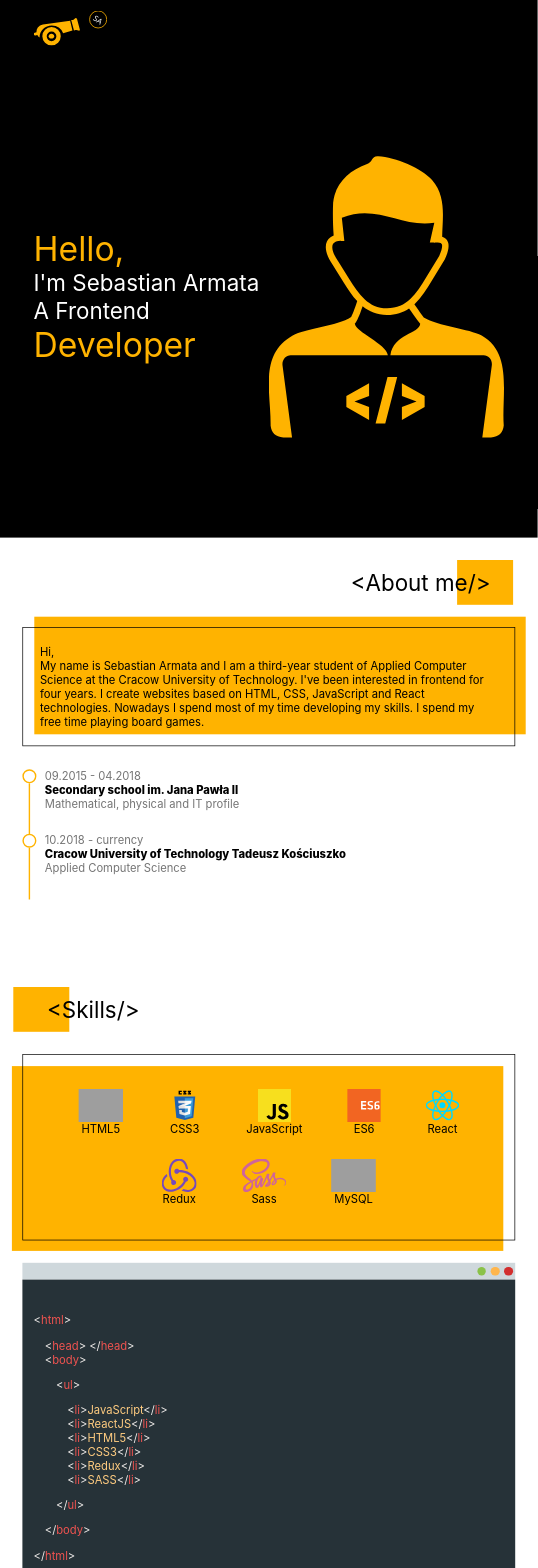
Repository: SebastianArmata22/Portfolio
Page: /
These files come from the project's save history. The page is drawn as it stood at one moment and after the next save; the edit follows.
The browser window is 768 px wide. The pictures show the part of the page from y = 0 to 2240 px (the page is 5483 px tall), at 70% of full size.
Pictures or frames that could not be fetched are drawn as grey boxes. The project was rebuilt for these pictures with package versions that can differ from the ones it lists, and the page was loaded fresh each time.

Above is the page before, as saved 2021-03-03 14:40:19.

### public/index.html
<!DOCTYPE html>
<html lang="en">
  <head>
    <meta charset="utf-8" />
    <link rel="icon" href="%PUBLIC_URL%/favicon.ico" />
    <meta name="viewport" content="width=device-width, initial-scale=1" />
    <meta name="theme-color" content="#000000" />
    <meta
      name="description"
      content="Web site created using create-react-app"
    />
    <link rel="apple-touch-icon" href="%PUBLIC_URL%/logo192.png" />
    <!--
      manifest.json provides metadata used when your web app is installed on a
      user's mobile device or desktop. See https://developers.google.com/web/fundamentals/web-app-manifest/
    -->
    <link rel="manifest" href="%PUBLIC_URL%/manifest.json" />
    <!--
      Notice the use of %PUBLIC_URL% in the tags above.
      It will be replaced with the URL of the `public` folder during the build.
      Only files inside the `public` folder can be referenced from the HTML.

      Unlike "/favicon.ico" or "favicon.ico", "%PUBLIC_URL%/favicon.ico" will
      work correctly both with client-side routing and a non-root public URL.
      Learn how to configure a non-root public URL by running `npm run build`.
    -->
    <title>Sebastian Armata</title>
  </head>
  <body>
    <noscript>You need to enable JavaScript to run this app.</noscript>
    <div id="root"></div>
    <!--
      This HTML file is a template.
      If you open it directly in the browser, you will see an empty page.

      You can add webfonts, meta tags, or analytics to this file.
      The build step will place the bundled scripts into the <body> tag.

      To begin the development, run `npm start` or `yarn start`.
      To create a production bundle, use `npm run build` or `yarn build`.
    -->
  </body>
</html>

### src/App.js
import './App.css'
//components
import Header from './components/header/Header'
import MainPage from './components/mainPage/MainPage'
import Skills from './components/skills/Skills'
import AboutMe from './components/aboutMe/AboutMe'
import Contact from './components/contact/Contact'
import Footer from './components/footer/Footer'
import Projects from './components/projects/Projects'

function App() {
  return (
    <div className="App">
      <header>
        <Header />
      </header>
      <main>
        <MainPage />
        <AboutMe />
        <Skills />
        <Projects />
        <Contact />
      </main>
      <footer>
        <Footer />
      </footer>
    </div>
  );
}

export default App;

### src/App.css
html, body,*{
    margin: 0;
    padding: 0;

}
*{
    box-sizing: border-box;
}
:root{
    font-size: 16px;
}

### src/components/mainPage/MainPage.js
import classes from './mainPage.module.scss'
import React from 'react'
import programmer from '../../icons/programmer.svg'

const MainPage = ()=>{
    return(
        <div className={classes.main_page_container}>
            <div>
                <p><span>Hello,</span></p>
                <p>I'm Sebastian Armata</p>
                <p>A Frontend <span>Developer</span></p>
            </div>
            <div className={classes.programmer}>
                <img src={programmer} alt=""></img>
            </div>
        </div>
    )
}
export default MainPage

### src/components/contact/Contact.js
import classes from './contact.module.scss'
import React from 'react'
import EmailForm from '../emailForm/EmailForm'

const Contact = ()=>{
    return(
        <div className={classes.contact}>
        <header>
            <p>&lt;Contact/&gt;</p>
        </header>
        <main>
            <div>
                <div className={classes.contact_info}>
                    <p><span>email: </span>sebastian.armata22@gmail.com</p>
                    <p><span>phone: </span>+48  726 873 385</p>
                    <p><span>LinkedIn: </span>linkedin.com/in/sebastian-armata-605466207</p>
                    <p><span>GitHub: </span>https://github.com/SebastianArmata22</p>

                </div>
            </div>
            <div>
                <EmailForm />
            </div>
        </main>
    </div>
    )
}
export default Contact

### src/components/footer/Footer.js
import classes from './footer.module.scss'
import React from 'react'

const Footer = ()=>{
    return(
        <div className={classes.footer}>
            <p>Sebastian Armata 2021©</p>
        </div>
        )
}
export default Footer

### src/components/projects/Projects.js
import classes from './projects.module.scss'
import projectsData from '../../data/projectsData'
import React from 'react'
import ProjectItem from '../projectItem/ProjectItem'
const Projects = ()=>{

    return(
        <div className={classes.projects}>
            <header>
                <p>&lt;Projects/&gt;</p>
            </header>
            <main>
                {projectsData.map((project)=>< ProjectItem project={project}/>)}
            </main>
        </div>
    )
}
export default Projects

### src/components/header/header.module.scss
@import '../../variables.scss';

.header{
    height: 7rem;
    width: 100%;
    background-color: $third-main-color;
    display: flex;
    align-items: center;
    justify-content: space-between;
    padding: 1rem;
    img{
        padding: 0 2rem;
        height: 75px;
    }
    ul{
        li{
            list-style: none;
            text-align: center;
            cursor: pointer;
        }
    }
}
.hamburger{
        display:flex;
         flex-direction:column;
         width:40px;
         cursor:pointer;
        span{
         background: #fff;
         border-radius:10px;
         height:3px;
         margin: 3px 0;
         transition: .4s  cubic-bezier(0.68, -0.6, 0.32, 1.6);
       }
       span:nth-of-type(1){
         width:50%;
       }
       span:nth-of-type(2){
         width:100%;
       }
       span:nth-of-type(3){
         width:75%;
       }
       input[type="checkbox"]{
         display:none;
       }
       input[type="checkbox"]:checked ~ span:nth-of-type(1){
         transform-origin:bottom;
         transform:rotatez(45deg) translate(4px,0px)
       }
       input[type="checkbox"]:checked ~ span:nth-of-type(2){
         transform-origin:top;
         transform:rotatez(-45deg)
       }
       input[type="checkbox"]:checked ~ span:nth-of-type(3){
         transform-origin:bottom;
         width:50%;
         transform: translate(17px,-2px) rotatez(45deg);
       }
}
@media only screen and (min-width: 768px) {
    .header{
            ul{
                width: 50%;
                display: flex;
                align-items: center;
                justify-content: space-between;
                li{
                    list-style: none;
                    text-align: center;
                    color: $second-main-color;
                    width: 10rem;
                    font-size: 1rem;
                    color: $second-main-color;
                    cursor: pointer;
                    &:hover{
                        color: $first-main-color;
                    }
                }
            }
    }
    .hamburger{
        display: none;
    }
}
@media only screen and (max-width: 768px) {
    .header{
        height: 5rem;
        img{
            height: 50px;
        }
        ul{
            display: none;
        }
}
.responsiveMenu{
    position: absolute;
    top: 7rem;
    left: 0;
    display: flex !important;
    align-items: center;
    flex-direction: column;
    height: calc(100vh - 7rem);
    width: 100%;
    background-color: rgba(0,0,0,1);
    z-index: 10;
    li{
        width: 60%;
        padding: 1rem;
        margin: 1rem;
        font-size: 1.5rem;
        border: 1px solid $second-main-color;
        color: $third-main-color;
        position: relative;
        &::before{
                display: block;
                content: "";
                width: 100%;
                height: 100%;
                z-index: -1;
                position: absolute;
                top:-0.5rem;
                left: -0.5rem;
                background-color: $first-main-color;
        }
    }
}
}

### src/components/mainPage/mainPage.module.scss
@import '../../variables.scss';

.main_page_container{
    width: 100%;
    background-color: $third-main-color;
    padding: 3rem;
    div{
        height: 100%;
        display: flex;
        justify-content: center;
        flex-direction: column;
    }
    p{
        color: $second-main-color;
        font-size: 2rem;
        span{
            color: $first-main-color;
            font-size: 3rem;
        }
    }
}

@media only screen and (max-width: 768px) {
    .main_page_container{
        min-height: calc(100vh - 5rem);
        display: block;
        >div{
            width: 100%;
        }
    }
        .programmer{
            img{
                height: 20rem;
            }
        }
}
@media only screen and (min-width: 768px) {
    .main_page_container{
        min-height: calc(100vh - 7rem);
        @include flex-container;
        >div{
            width: 50%;
        }
}
.programmer{
    img{
        height: 30rem;
    }

}
}

### src/components/skills/skills.module.scss
@import '../../variables.scss';
.skills{
    width: 100%;
    padding: 2rem;
    header{
        @include flex-container;
        p{
            position: relative;
            font-size: 2rem;
            height: 4rem;
            width: 90%;
            display: flex;
            align-items: center;
            &::after{
                display: block;
                content: "";
                    width: 5rem;
                    height: 100%;
                    z-index: -1;
                    position: absolute;
                    top:0;
                    left: -3rem;
                    background-color: $first-main-color;
            }
        }
    }
    main{
        display: flex;
        flex-wrap: wrap;
        align-items: center;
        >div{
            width: 50%;
            display: flex;
            justify-content: center;
        }
    }
}
.bar{
    display: flex;
    justify-content: flex-end;
    align-items: center;
    background-color: #cfd8dc;
    height: 1.5rem;
    div{
        width: 0.8rem;
        height: 0.8rem;
        border-radius: 1rem;
        margin: 0 0.2rem;
        cursor: pointer;

    }
}
.console_container{
    flex-direction: column;
}
._red{
    background-color: #d22e2e;
}
._yellow{
    background-color: #ffb64c;
}
._green{
    background-color: #8ac249;
}
.logo_container{

    width: 100%;
    height: 50%;
    align-items: center;
    flex-wrap: wrap;
    margin: 2rem 0;
    > div{
        min-height: 100%;
        @include flex-container;
        flex-wrap: wrap;
        border: 1px solid $third-main-color;
        position: relative;
        padding: 2rem;
        &::before{
            display: block;
            content: "";
            width: 100%;
            height: 100%;
            z-index: -1;
            position: absolute;
            background-color: $first-main-color;
        }
  }
}
.logo{
    display: flex;
    flex-direction: column;
    align-items: center;
    margin:1rem 3rem;
    img{
        height: 5rem;
    }
}
@media only screen and (max-width: 600px) {
    .skills{
        padding: 0.5rem;
        main{
            flex-direction: column;
            >div{
                width: 100%;
            }
        }
    }
.logo_container{
    padding: 0.2rem;
    margin: 1rem 0;
    > div{
        width: 100%;
        &::before{
            bottom: -0.5rem;
            right: 0.5rem;
        }
    }
}
.logo{
    margin: 1rem;
    img{
        height: 3rem;
    }
}
}
@media only screen and (min-width: 600px) {
    .skills{
        main{
            flex-direction: column;
            >div{
                width: 100%;
            }
        }
    }
    .logo_container{
        > div{
            &::before{
                bottom:-1rem;
                right: 1rem;
            }
      }
    }
    .logo{
        margin: 1rem 2rem;
        img{
            height: 3rem;
        }
    }
}
@media only screen and (min-width: 992px) {
    .skills{
        main{
            flex-direction: row;
            >div{
                width: 50%;
            }
        }
    }
    .logo_container{
        padding: 2rem;
        min-height: 100%;
    }
}

### src/components/aboutMe/aboutme.module.scss
@import '../../variables.scss';

.aboutMe{
    width: 100%;
    padding: 2rem;
    header{
        @include flex-container;
        p{
            position: relative;
            font-size: 2rem;
            height: 4rem;
            width: 90%;
            display: flex;
            align-items: center;
            justify-content: flex-end;
            &::after{
                display: block;
                content: "";
                    width: 5rem;
                    height: 100%;
                    z-index: -1;
                    position: absolute;
                    top:0;
                    right: -2rem;
                    background-color: $first-main-color;
            }
        }
    }
    main{
        @include flex-container;
        padding: 2rem 0;
        >div{
            width: 50%;
        }
    }
}
.textAbouMe{
    border: 1px solid $third-main-color;
    position: relative;
    padding: 1.5rem;
    &::after{
            display: block;
            content: "";
            width: 100%;
            height: 100%;
            z-index: -1;
            position: absolute;
            top: -1rem;
            right: -1rem;
            background-color: $first-main-color;
    }
}
.schoolInformation{
    padding: 2rem;
    span{
        color: #757575;
    }
    ul{
        list-style: none;
        li{
            position: relative;
            padding: 0 0 2rem 0;
            &::before{
                    display: block;
                    content: "";
                    width: 16px;
                    height: 16px;
                    position: absolute;
                    top:1px;
                    left:-2rem;
                    border: 2px solid  $first-main-color;
                    border-radius: 50%;
            }
            &::after{
                display: block;
                content: "";
                width: 2px;
                top: 21px;
                left: calc(-2rem + 9px);
                height: calc(100% - 18px);
                position: absolute;
                background-color: $first-main-color;
        }


        }
    }
}
.school{
    font-weight: 800;
}
@media only screen and (max-width: 768px) {
    .aboutMe{
        main{
            display: block;
            >div{
                width: 100%;
            }
        }
    }
}

### src/components/contact/contact.module.scss
@import '../../variables.scss';
.contact{
    padding: 2rem;
    header{
        p{
            position: relative;
            font-size: 2rem;
            height: 4rem;
            width: 90%;
            display: flex;
            align-items: center;
            &::after{
                display: block;
                content: "";
                width: 5rem;
                height: 100%;
                z-index: -1;
                position: absolute;
                top:0;
                left: 4rem;
                background-color: $first-main-color;
            }
        }
    }
    main{
        width: 100%;
        @include flex-container;
        flex-wrap: wrap;
        padding: 2rem;
        > div{
            min-width: 20rem;
            width: 50%;
            height: 100%;
            @include flex-container;
        }
    }
}
.contact_info{
    flex-direction: column;
    border: 1px solid $third-main-color;
    position: relative;
    padding: 3rem;
    color: $third-main-color;
    align-self: flex-start;
    margin: 2rem;
    font-size: 1rem;
    &::after{
        display: block;
        content: "";
        width: 100%;
        height: 100%;
        z-index: -1;
        position: absolute;
        top:-1rem;
        left: -1rem;
        background-color: $first-main-color;
    }
    span{
        font-weight: 700;
    }
}

### src/components/emailForm/EmailForm.js
import classes from './emailForm.module.scss'
import React from 'react'
import emailjs from 'emailjs-com'

const EmailForm=()=>{

    const sendEmail=(e)=>{
        e.preventDefault();

    emailjs.sendForm('service_cqphpw4', 'template_7bcltq8', e.target, 'user_KBwBVW5CfE4pABZBdHEsH')
      .then((result) => {
          console.log(result.text);
      }, (error) => {
          console.log(error.text);
      });
    }
    return(
    <form className={classes.email_form} onSubmit={sendEmail}>
        <label>Name</label>
        <input type="text" name="user_name" />
        <label>Email</label>
        <input type="email" name="user_email" />
        <label>Message</label>
        <textarea name="message" />
        <button className={classes.send_btn} type="submit" value="Send">Send</button>
    </form>
    )
}
export default EmailForm

### src/components/footer/footer.module.scss
@import '../../variables.scss';
.footer{
    height: 4rem;
    background-color: $first-main-color;
    @include flex-container;
    color: $third-main-color;
    font-size: 1.25rem;
}

### src/components/projects/projects.module.scss
@import '../../variables.scss';
.projects{
    width: 100%;
    padding: 2rem;
    header{
        @include flex-container;
        p{
            position: relative;
            font-size: 2rem;
            height: 4rem;
            width: 90%;
            display: flex;
            align-items: center;
            justify-content: flex-end;
            &::after{
                    display: block;
                    content: "";
                    width: 5rem;
                    height: 100%;
                    z-index: -1;
                    position: absolute;
                    top:0;
                    right: 4rem;
                    background-color: $first-main-color;
            }
        }
    }
    main{
        padding: 4rem 2rem;
        @include flex-container;
        flex-wrap: wrap;
}
}
.project_item{
    position: relative;
    -webkit-box-shadow: 0px 0px 22px -3px rgba(0,0,0,0.75);
    -moz-box-shadow: 0px 0px 22px -3px rgba(0,0,0,0.75);
    box-shadow: 0px 0px 22px -3px rgba(0,0,0,0.75);
    margin: 1rem;
    img{
        width: 100%;
    }
    &:hover{
        .active_hover{
            display: flex;
            justify-content: center;
            align-items: center;
            flex-direction: column;
        }
    }
}
.active{
    .active_hover{
        display: flex;
        justify-content: center;
        align-items: center;
        flex-direction: column;
    }
}
.active_hover{
    background-color: rgba(0,0,0,0.75);
    display: none;
    position: absolute;
    top: 0;
    left: 0;
    width: 100%;
    height: 100%;
    z-index: 100;
    p{
        color: $second-main-color;
        font-size: 1.5rem;
        margin: 1rem;
    }
    button{
        cursor: pointer;
        margin: 1rem;
        padding: 1rem 5rem;
        background-color: transparent;
        border: 1px solid #fff;
        color: $third-main-color;
        position: relative;
        &::after{
            display: block;
            content: "";
                width: 100%;
                height: 100%;
                z-index: -1;
                position: absolute;
                top:-0.25rem;
                left: -0.25rem;
                background-color: $first-main-color;
        }
    }

}
@media only screen and (max-width: 600px) {
    .projects{
            padding: 0.2rem;
            main{
                padding: 0.2rem;
            }
    }
    .project_item{
         width: 100%;
    }
    .active_hover{
        button{
            padding: 0.5rem 3rem;
            margin: 0.5rem;
        }
    }
}

@media only screen and (min-width: 1200px) {
    .project_item{
        width: 40%;
   }
}

### src/components/projectItem/ProjectItem.js
import classes from './projectItem.module.scss'
import React, { useState } from 'react'

const ProjectItem = ({project}) =>{
    const [isChecked, setIsChecked]=useState(false)
    const changeIsChecked=(e)=>{
        setIsChecked(prev=>!prev)
    }
    return(
        <div className={isChecked ? [classes.project_item, classes.active].join(' ') : classes.project_item} onClick={changeIsChecked}>
        <div className={classes.active_hover}>
            <a href={project.live} target="_blank" rel="noreferrer noopener">Live</a>
            <a href={project.github} target="_blank" rel="noreferrer noopener">GitHub</a>
        </div>
        <img src={project.image} alt={project.name}></img>
    </div>
    )
}
export default ProjectItem

### src/variables.scss
$first-main-color: #FFB300;
$second-main-color: #fff;
$third-main-color:#000;
@mixin flex-container {
    display: flex;
    align-items: center;
    justify-content: center;
}

### src/components/consoleSkills/consoleSkills.module.scss
.console_content{
    background-color: #263238;
    padding: 2rem 0;
    width: 100%;
    ul {
      list-style: none;
      color: #EFEBE9;
      padding-left: 1rem;
      padding-right: 1rem;
      margin-top: 1rem;
      margin-bottom: 1rem;
    }
}

.html_text {
    color: #EF5350;
  }
  .html_text_2 {
    color: #FFCC80;
  }

### src/components/emailForm/emailForm.module.scss
@import '../../variables.scss';
.email_form{
    display: flex;
    flex-direction: column;
    height: 80%;
    width: 70%;
    position: relative;

    input[type="text"],input[type="email"]{
        border: none;
        border-bottom: 1px solid $first-main-color;
        margin: 0.5rem 0;
        padding: 0.5rem 1rem;
        outline: none;
        &:focus{
            border-bottom: 2px solid $first-main-color;
        }
    }
    textarea{
        border: 1px solid $first-main-color;
        resize: none;
        height: 10rem;
        margin: 0.5rem 0;
        padding: 1rem;
        outline: none;
        font-family: 'Segoe UI', Tahoma, Geneva, Verdana, sans-serif;
        &:focus{
            border: 2px solid $first-main-color;
        }
    }
}
.send_btn{
    position: relative;
    align-self: center;
    margin: 1rem;
    background-color: transparent;
    width: 7rem;
    height: 3rem;
    border: 1px solid $third-main-color;
    cursor: pointer;
    &::before{
        display: inline-block;
        content: "";
        width: 7rem;
        height: 3rem;
        background-color: $first-main-color;
        position: absolute;
        bottom: -0.5rem;
        right: -0.5rem;
        z-index: -1;
        transition: transform 0.15s ease-out 0s;

    }
    &:hover::before{
        transform: translate(-1rem, -1rem);

    }
}

### src/components/projectItem/projectItem.module.scss
@import '../../variables.scss';

.project_item{
    cursor: pointer;
    position: relative;
    -webkit-box-shadow: 0px 0px 22px -3px rgba(0,0,0,0.75);
    -moz-box-shadow: 0px 0px 22px -3px rgba(0,0,0,0.75);
    box-shadow: 0px 0px 22px -3px rgba(0,0,0,0.75);
    margin: 1rem;
    img{
        width: 100%;
    }
    &:hover{
        .active_hover{
            display: flex;
            justify-content: center;
            align-items: center;
            flex-direction: column;
        }
    }
}
.active{
    .active_hover{
        display: flex;
        justify-content: center;
        align-items: center;
        flex-direction: column;
    }
}
.active_hover{
    background-color: rgba(0,0,0,0.75);
    display: none;
    position: absolute;
    top: 0;
    left: 0;
    width: 100%;
    height: 100%;
    z-index: 100;
    p{
        color: $second-main-color;
        font-size: 1.5rem;
        margin: 1rem;
    }
    a{
        text-decoration: none;
        cursor: pointer;
        margin: 1rem;
        padding: 1rem 5rem;
        background-color: transparent;
        border: 1px solid #fff;
        color: $third-main-color;
        position: relative;
        &::after{
            display: block;
            content: "";
                width: 100%;
                height: 100%;
                z-index: -1;
                position: absolute;
                top:-0.25rem;
                left: -0.25rem;
                background-color: $first-main-color;
                transition: transform 0.15s ease-out 0s;
        }
        &:hover::after{
            transform: translate(0.75rem, 0.75rem);

        }
    }

}
@media only screen and (max-width: 600px) {
    .project_item{
         width: 100%;
    }
    .active_hover{
        a{
            padding: 0.5rem 3rem;
            margin: 0.5rem;
        }
    }
}

@media only screen and (min-width: 1200px) {
    .project_item{
        width: 40%;
   }
}

Loaded but not shown: src/index.js (common file); src/index.css (common file); src/reportWebVitals.js (common file); src/components/consoleSkills/ConsoleSkills.js (62 lines, source omitted); src/components/skills/Skills.js (69 lines, source omitted); src/components/aboutMe/AboutMe.js (42 lines, source omitted); src/data/projectsData.js (52 lines, source omitted); src/components/header/Header.js (28 lines, source omitted)

After the next save:
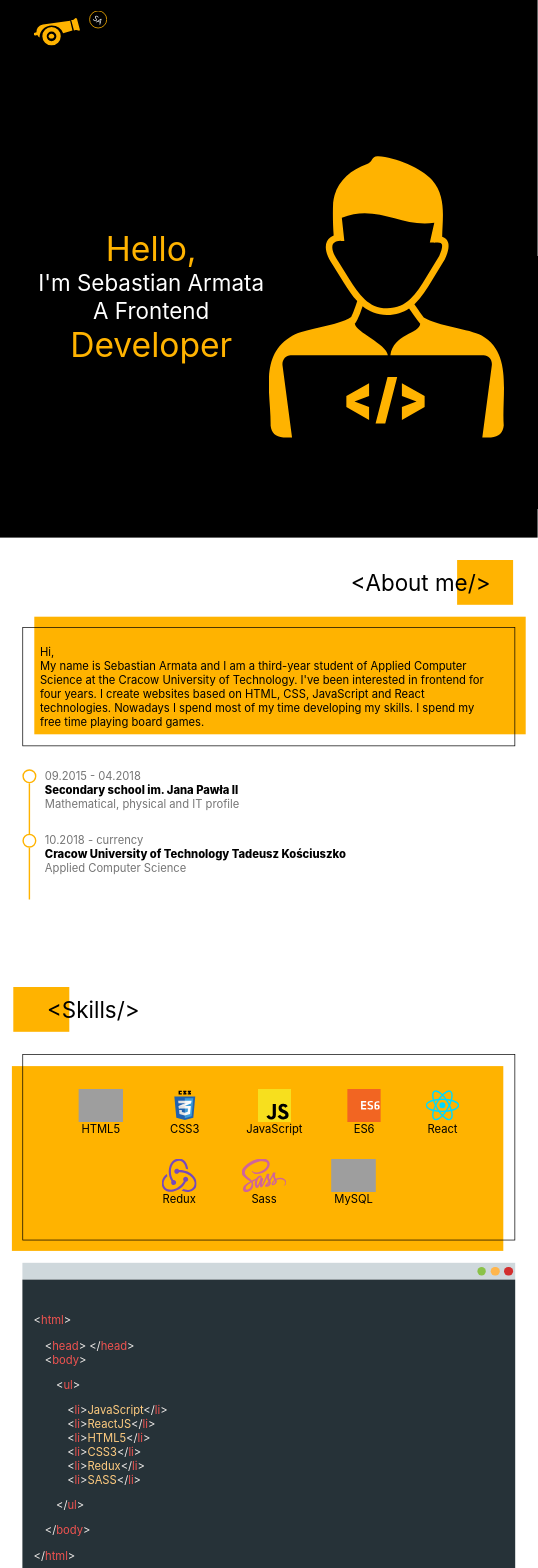
Saved 36 s later.
--- a/src/components/mainPage/mainPage.module.scss
+++ b/src/components/mainPage/mainPage.module.scss
@@ -24,6 +24,9 @@
     .main_page_container{
         min-height: calc(100vh - 5rem);
         display: block;
+        p{
+            text-align: center;
+        }
         >div{
             width: 100%;
         }
